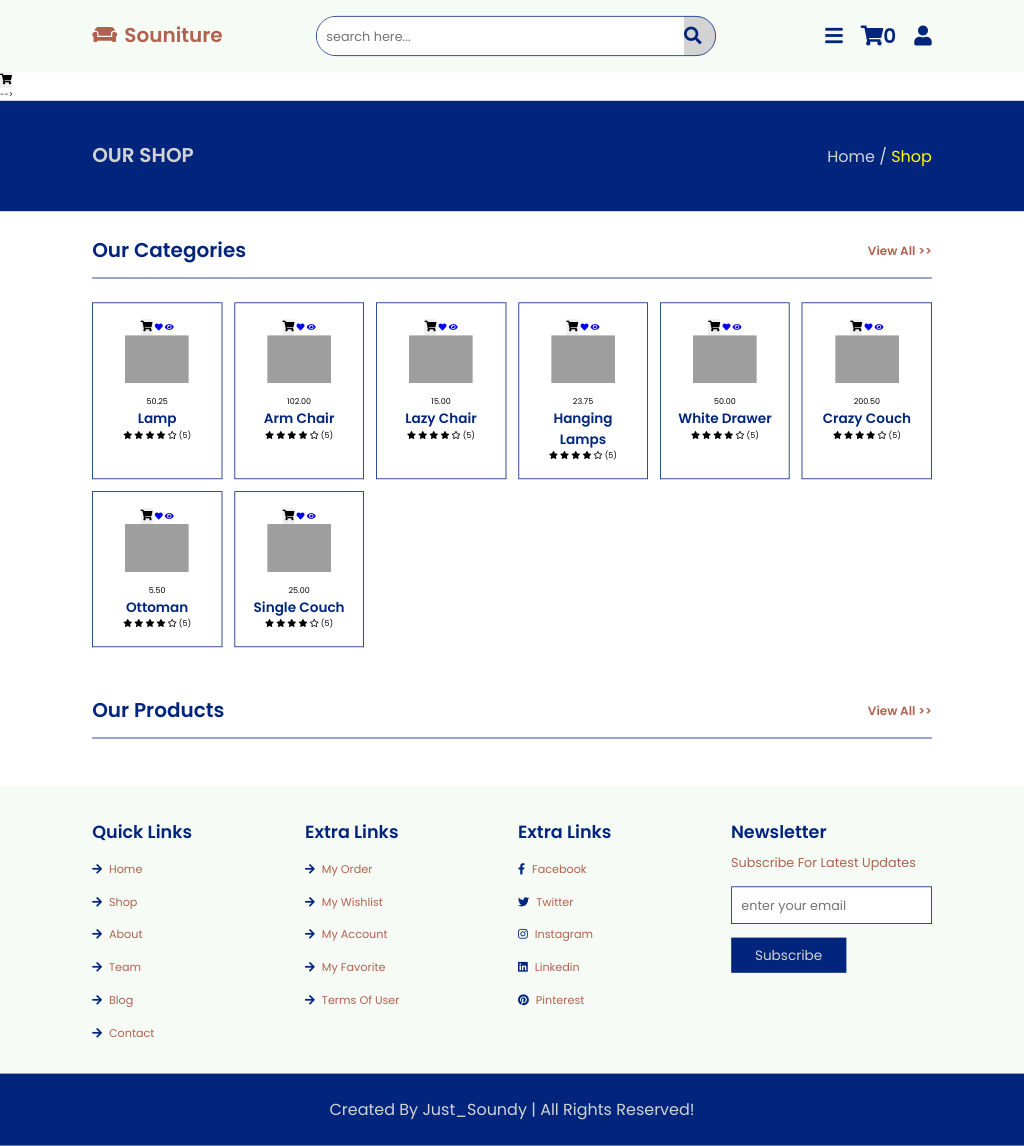
Repository: spencersoundy/furniture-store
Page: shop.html
The author's editor kept a copy of each file at every save. The page is drawn from the files as they stood at one save, then again after a run of saves.
The browser window is 1280 px wide. The pictures show the whole page, at 80% of full size.
Pictures or frames that could not be fetched are drawn as grey boxes.

Above is the page before, as saved 2023-05-02 15:53:30.
Console error: TypeError: Cannot read properties of null (reading 'addEventListener')

After the next 2 saves:
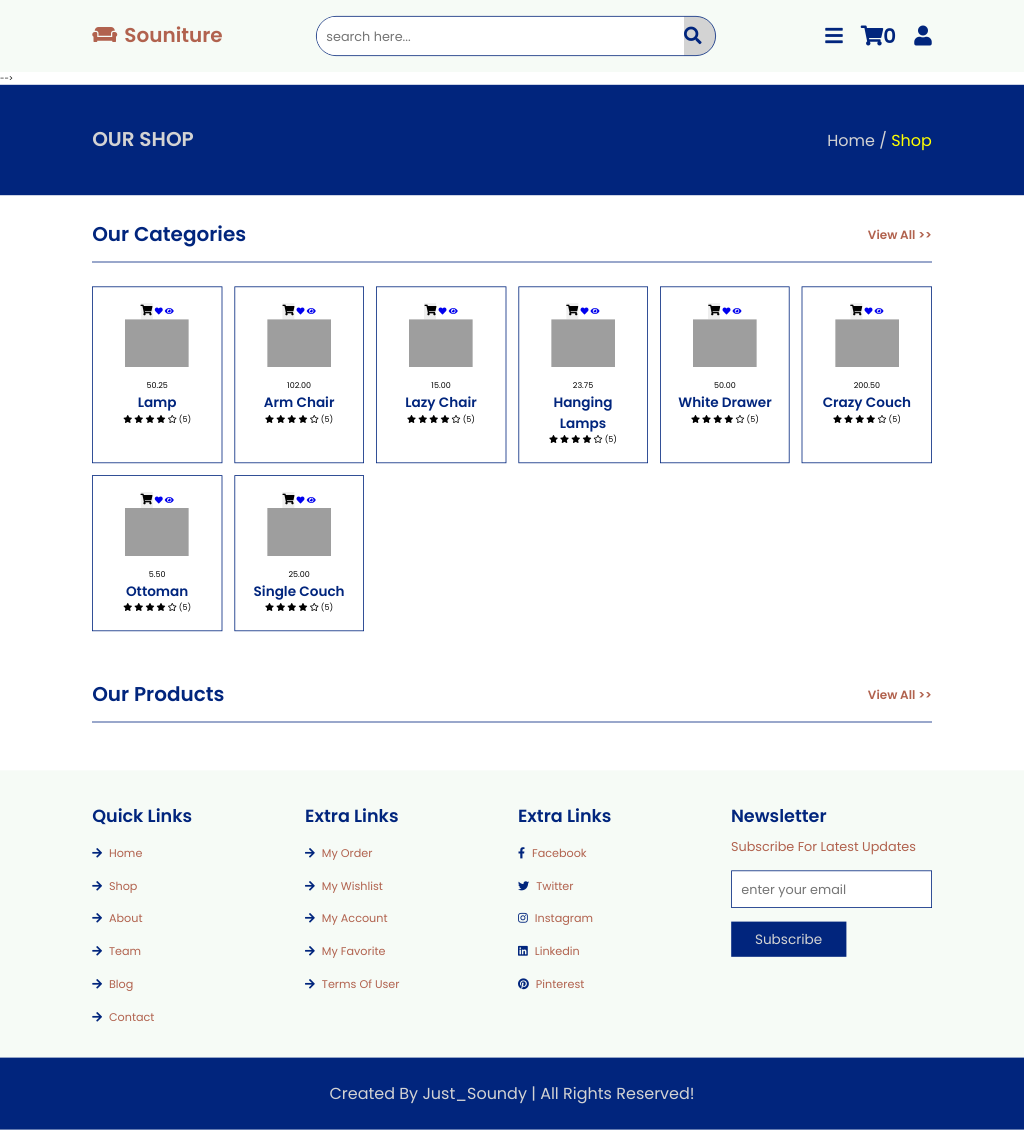
The 2 saves are shown as one change because they came seconds apart.
The last was saved 42 s later.
--- a/shop.html
+++ b/shop.html
@@ -53,11 +53,6 @@
 </nav>
 
 <!-- shopping cart  -->
-<div class = "cart">
-    <button type = "button" id = "cart-btn">
-      <i class = "fas fa-shopping-cart"></i>
-      <span id = "cart-count-info"></span>
-    </button></div>
 
 <div class="shopping-cart">
     <div class="cart-list">
